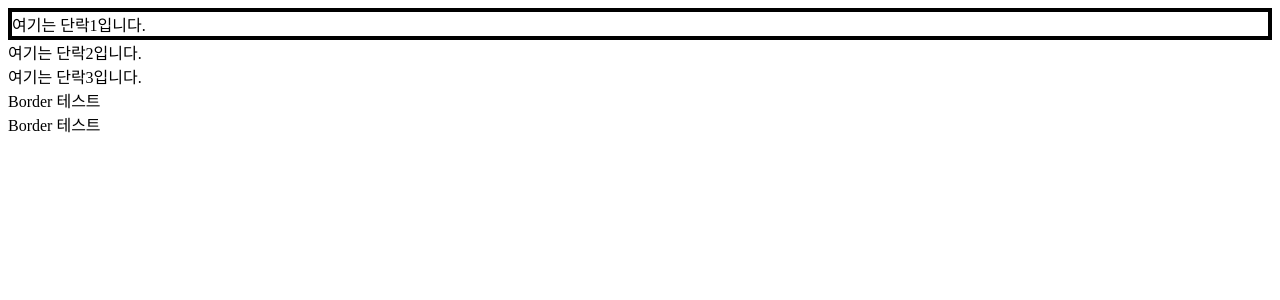
Repository: XenosJM/WEB_CODES
Page: Web02_CSS/src/main/webapp/05_boxmodel.html
These files come from the project's save history. The page is drawn as it stood at one moment and after the next save; the edit follows.
The browser window is 1280 px wide. The pictures show the whole page.

Above is the page before, as saved 2024-03-19 07:39:48.

### Web02_CSS/src/main/webapp/05_boxmodel.html
<!DOCTYPE html>
<html>
<head>
<meta charset="UTF-8">
<title>Box Model</title>
<style type="text/css">
.c1 {
	border : 4px solid black;
}
</style>

</head>
<body>
	<!--
	* Box Model :
	1. margin : 자기 자신과 외부 요소와의 간격
	2. border : 테두리 선
	3. padding : 테두리선과 요소 내부의 컨텐트와의 간격
	4. width/height : 컨텐트의 가로/세로 길이
	 -->

	<div class="c1">여기는 단락1입니다.</div>
	<div class="c2">여기는 단락2입니다.</div>
	<div class="c3">여기는 단락3입니다.</div>
	<div class="c4">Border 테스트</div>
	<div class="c5">Border 테스트</div>
</body>
</html>

After the next save:
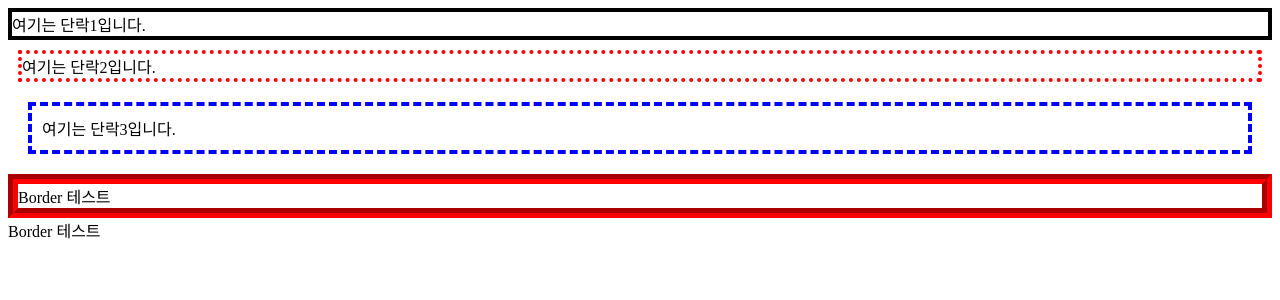
Saved 81 s later.
--- a/Web02_CSS/src/main/webapp/05_boxmodel.html
+++ b/Web02_CSS/src/main/webapp/05_boxmodel.html
@@ -7,6 +7,21 @@
 .c1 {
 	border : 4px solid black;
 }
+.c2 {
+	border : 4px dotted red;
+	margin : 10px;
+}
+.c3{
+	border : 4px dashed blue;
+	padding : 10px;
+	margin : 20px;
+}
+.c4 {
+	border-width: 10px;
+	border-style: groove;
+	border-color: red;
+}
+
 </style>
 
 </head>
